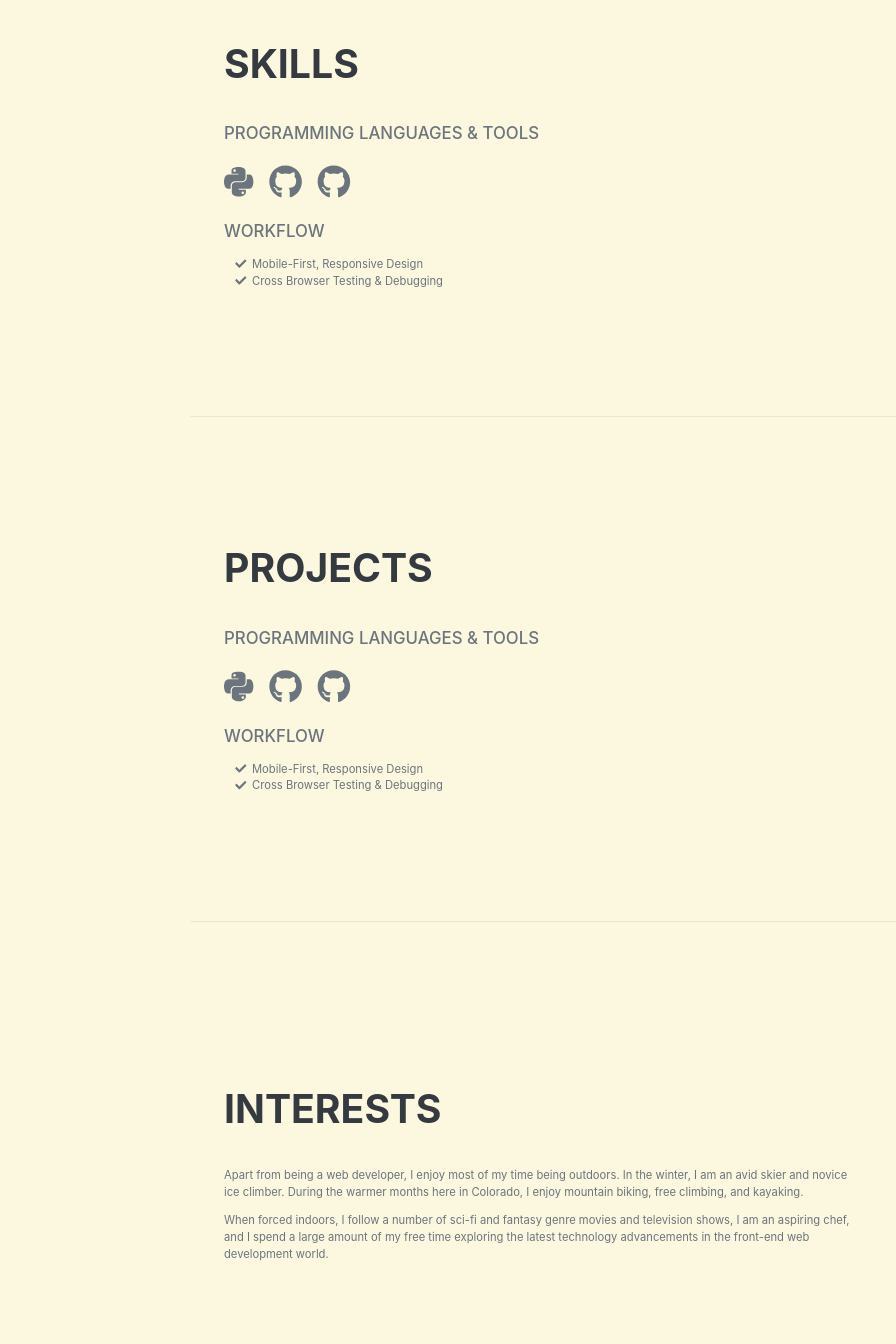
Repository: nguyenlcc/Online-CV
Page: index.html
An editor plug-in stored every save of this project. The page is shown before and after the next save, followed by the edit.
The browser window is 1280 px wide. The pictures show the part of the page from y = 2594 to 4514 px (the page is 5352 px tall), at 70% of full size.
Some web fonts or font styles are not loaded; a fallback is used. Some web libraries are served in a nearby version.

Above is the page before, as saved 2022-05-23 01:41:12.

### index.html
<!DOCTYPE html>
<html lang="en">
  <head>
    <meta charset="utf-8" />
    <meta
      name="viewport"
      content="width=device-width, initial-scale=1, shrink-to-fit=no"
    />
    <meta name="description" content="" />
    <meta name="author" content="" />
    <title>Le Cong Nguyen</title>
    <link rel="icon" type="image/x-icon" href="assets/img/favicon.ico" />
    <!-- Font Awesome icons (free version)-->
    <script
      src="https://use.fontawesome.com/releases/v5.13.0/js/all.js"
      crossorigin="anonymous"
    ></script>
    <!-- Google fonts-->
    <link
      href="https://fonts.googleapis.com/css?family=Saira+Extra+Condensed:500,700"
      rel="stylesheet"
      type="text/css"
    />
    <link
      href="https://fonts.googleapis.com/css?family=Muli:400,400i,800,800i"
      rel="stylesheet"
      type="text/css"
    />
    <!-- Core theme CSS (includes Bootstrap)-->
    <link href="css/styles.css" rel="stylesheet" />
  </head>
  <body id="page-top">
    <!-- Navigation-->
    <nav
      class="navbar navbar-expand-lg navbar-dark bg-primary fixed-top"
      id="sideNav"
    >
      <a class="navbar-brand js-scroll-trigger" href="#page-top">
        <span class="d-block d-lg-none">LE CONG NGUYEN</span>
        <span class="d-none d-lg-block"
          ><img
            class="img-fluid img-profile rounded-circle mx-auto mb-2"
            src="assets/img/profile.jpg"
            alt=""
        /></span>
      </a>
      <button
        class="navbar-toggler"
        type="button"
        data-toggle="collapse"
        data-target="#navbarSupportedContent"
        aria-controls="navbarSupportedContent"
        aria-expanded="false"
        aria-label="Toggle navigation"
      >
        <span class="navbar-toggler-icon"></span>
      </button>
      <div class="collapse navbar-collapse" id="navbarSupportedContent">
        <ul class="navbar-nav">
          <li class="nav-item">
            <a class="nav-link js-scroll-trigger" href="#about">About</a>
          </li>
          <li class="nav-item">
            <a class="nav-link js-scroll-trigger" href="#experience"
              >Experience</a
            >
          </li>
          <li class="nav-item">
            <a class="nav-link js-scroll-trigger" href="#education"
              >Education</a
            >
          </li>
          <li class="nav-item">
            <a class="nav-link js-scroll-trigger" href="#skills">Skills</a>
          </li>
          <li class="nav-item">
            <a class="nav-link js-scroll-trigger" href="#projects">Projects</a>
          </li>
          <li class="nav-item">
            <a class="nav-link js-scroll-trigger" href="#interests"
              >Interests</a
            >
          </li>
          <li class="nav-item">
            <a class="nav-link js-scroll-trigger" href="#awards">Awards</a>
          </li>
        </ul>
      </div>
    </nav>
    <!-- Page Content-->
    <div class="container-fluid p-0">
      <!-- About-->
      <section class="resume-section" id="about">
        <div class="resume-section-content">
          <h1 class="mb-0">
            LE CONG
            <span class="text-primary">NGUYEN</span>
          </h1>
          <div class="subheading mb-5">
            <i class="fas fa-address-card"></i>
            THINH LIET, HOANG MAI, HA NOI · 0904532091 ·
            <a href="mailto:name@email.com">nguyen.lc41@gmail.com</a>
          </div>
          <p class="lead mb-5">
            I am experienced in leveraging agile frameworks to provide a robust
            synopsis for high level overviews. Iterative approaches to corporate
            strategy foster collaborative thinking to further the overall value
            proposition.
          </p>
          <div class="social-icons">
            <a class="social-icon" href="https://github.com/nguyenlecong"
              ><i class="fab fa-github"></i
            ></a>
            <a
              class="social-icon"
              href="https://www.linkedin.com/in/nguy%C3%AAn-l%C3%AA-c%C3%B4ng-0b1731233/"
            >
              <i class="fab fa-linkedin-in"></i>
            </a>
            <a class="social-icon" href="https://www.facebook.com/nguyenlc5139/"
              ><i class="fab fa-facebook-f"></i
            ></a>
          </div>
        </div>
      </section>
      <hr class="m-0" />
      <!-- Experience-->
      <section class="resume-section" id="experience">
        <div class="resume-section-content">
          <h2 class="mb-5">Experience</h2>
          <div
            class="d-flex flex-column flex-md-row justify-content-between mb-5"
          >
            <div class="flex-grow-1">
              <h3 class="mb-0">Computer Vision Intern</h3>
              <div class="subheading mb-3">Arrow Technologies Vietnam</div>
              <p>
                Bring to the table win-win survival strategies to ensure
                proactive domination. At the end of the day, going forward, a
                new normal that has evolved from generation X is on the runway
                heading towards a streamlined cloud solution. User generated
                content in real-time will have multiple touchpoints for
                offshoring.
              </p>
            </div>
            <div class="flex-shrink-0">
              <span class="text-primary">September 2020 - December 2020</span>
            </div>
          </div>
          <div
            class="d-flex flex-column flex-md-row justify-content-between mb-5"
          >
            <div class="flex-grow-1">
              <h3 class="mb-0">AI Engineer Intern</h3>
              <div class="subheading mb-3">IBM Vietnam</div>
              <p>
                Capitalize on low hanging fruit to identify a ballpark value
                added activity to beta test. Override the digital divide with
                additional clickthroughs from DevOps. Nanotechnology immersion
                along the information highway will close the loop on focusing
                solely on the bottom line.
              </p>
            </div>
            <div class="flex-shrink-0">
              <span class="text-primary">June 2021 - September 2021</span>
            </div>
          </div>
          <div
            class="d-flex flex-column flex-md-row justify-content-between mb-5"
          >
            <div class="flex-grow-1">
              <h3 class="mb-0">Computer Vision Collaborator</h3>
              <div class="subheading mb-3">ThinkLABs JSC</div>
              <p>
                Podcasting operational change management inside of workflows to
                establish a framework. Taking seamless key performance
                indicators offline to maximise the long tail. Keeping your eye
                on the ball while performing a deep dive on the start-up
                mentality to derive convergence on cross-platform integration.
              </p>
            </div>
            <div class="flex-shrink-0">
              <span class="text-primary">December 2021 - June 2022</span>
            </div>
          </div>
        </div>
      </section>
      <hr class="m-0" />
      <!-- Education-->
      <section class="resume-section" id="education">
        <div class="resume-section-content">
          <h2 class="mb-5">Education</h2>
          <div
            class="d-flex flex-column flex-md-row justify-content-between mb-5"
          >
            <div class="flex-grow-1">
              <h3 class="mb-0">HANOI UNIVERSITY OF SCIENCE AND TECHNOLOGY</h3>
              <div class="subheading mb-3">
                SCHOOL OF INFORMATION AND COMMUNICATION TECHNOLOGY
              </div>
              <div>Computer Science</div>
              <p>GPA: 3.16</p>
            </div>
            <div class="flex-shrink-0">
              <span class="text-primary">August 2017 - Now</span>
            </div>
          </div>
        </div>
      </section>
      <hr class="m-0" />
      <!-- Skills-->
      <section class="resume-section" id="skills">
        <div class="resume-section-content">
          <h2 class="mb-5">Skills</h2>
          <div class="subheading mb-3">Programming Languages & Tools</div>
          <ul class="list-inline dev-icons">
            <li class="list-inline-item"><i class="fab fa-python"></i></li>
            <li class="list-inline-item"><i class="fab fa-github"></i></li>
            <li class="list-inline-item"><i class="fab fa-github"></i></li>
          </ul>
          <div class="subheading mb-3">Workflow</div>
          <ul class="fa-ul mb-0">
            <li>
              <span class="fa-li"><i class="fas fa-check"></i></span>
              Mobile-First, Responsive Design
            </li>
            <li>
              <span class="fa-li"><i class="fas fa-check"></i></span>
              Cross Browser Testing & Debugging
            </li>
          </ul>
        </div>
      </section>
      <hr class="m-0" />
      <!-- Projects-->
      <section class="resume-section" id="projects">
        <div class="resume-section-content">
          <h2 class="mb-5">Projects</h2>
          <div class="subheading mb-3">Programming Languages & Tools</div>
          <ul class="list-inline dev-icons">
            <li class="list-inline-item"><i class="fab fa-python"></i></li>
            <li class="list-inline-item"><i class="fab fa-github"></i></li>
            <li class="list-inline-item"><i class="fab fa-github"></i></li>
          </ul>
          <div class="subheading mb-3">Workflow</div>
          <ul class="fa-ul mb-0">
            <li>
              <span class="fa-li"><i class="fas fa-check"></i></span>
              Mobile-First, Responsive Design
            </li>
            <li>
              <span class="fa-li"><i class="fas fa-check"></i></span>
              Cross Browser Testing & Debugging
            </li>
          </ul>
        </div>
      </section>
      <hr class="m-0" />
      <!-- Interests-->
      <section class="resume-section" id="interests">
        <div class="resume-section-content">
          <h2 class="mb-5">Interests</h2>
          <p>
            Apart from being a web developer, I enjoy most of my time being
            outdoors. In the winter, I am an avid skier and novice ice climber.
            During the warmer months here in Colorado, I enjoy mountain biking,
            free climbing, and kayaking.
          </p>
          <p class="mb-0">
            When forced indoors, I follow a number of sci-fi and fantasy genre
            movies and television shows, I am an aspiring chef, and I spend a
            large amount of my free time exploring the latest technology
            advancements in the front-end web development world.
          </p>
        </div>
      </section>
      <hr class="m-0" />
      <!-- Awards-->
      <section class="resume-section" id="awards">
        <div class="resume-section-content">
          <h2 class="mb-5">Awards & Certifications</h2>
          <ul class="fa-ul mb-0">
            <li>
              <span class="fa-li"
                ><i class="fas fa-trophy text-warning"></i
              ></span>
              Silver Medal for Excellence in Mathematics on Casio Calculator in
              12th Grade
            </li>
            <li>
              <span class="fa-li"
                ><i class="fas fa-trophy text-warning"></i
              ></span>
              Consolation Prize in the Provincial Examination for Excellent
              Students in Mathematics in 12th Grade
            </li>
            <li>
              <span class="fa-li"
                ><i class="fas fa-trophy text-warning"></i
              ></span>
              Level B of Scholarships for the Term 2 of the School Year
              2020-2021, Hanoi University of Science and Technology
            </li>
            <li>
              <span class="fa-li"
                ><i class="fas fa-trophy text-warning"></i
              ></span>
              Level A of Scholarships for the Term 1 of the School Year
              2021-2022, Hanoi University of Science and Technology
            </li>
          </ul>
        </div>
      </section>
    </div>
    <!-- Bootstrap core JS-->
    <script src="https://cdnjs.cloudflare.com/ajax/libs/jquery/3.5.1/jquery.min.js"></script>
    <script src="https://stackpath.bootstrapcdn.com/bootstrap/4.5.0/js/bootstrap.bundle.min.js"></script>
    <!-- Third party plugin JS-->
    <script src="https://cdnjs.cloudflare.com/ajax/libs/jquery-easing/1.4.1/jquery.easing.min.js"></script>
    <!-- Core theme JS-->
    <script src="js/scripts.js"></script>
  </body>
</html>

### js/scripts.js
/*!
    * Start Bootstrap - Resume v6.0.1 (https://startbootstrap.com/template-overviews/resume)
    * Copyright 2013-2020 Start Bootstrap
    * Licensed under MIT (https://github.com/StartBootstrap/startbootstrap-resume/blob/master/LICENSE)
    */
    (function ($) {
    "use strict"; // Start of use strict

    // Smooth scrolling using jQuery easing
    $('a.js-scroll-trigger[href*="#"]:not([href="#"])').click(function () {
        if (
            location.pathname.replace(/^\//, "") ==
                this.pathname.replace(/^\//, "") &&
            location.hostname == this.hostname
        ) {
            var target = $(this.hash);
            target = target.length
                ? target
                : $("[name=" + this.hash.slice(1) + "]");
            if (target.length) {
                $("html, body").animate(
                    {
                        scrollTop: target.offset().top,
                    },
                    1000,
                    "easeInOutExpo"
                );
                return false;
            }
        }
    });

    // Closes responsive menu when a scroll trigger link is clicked
    $(".js-scroll-trigger").click(function () {
        $(".navbar-collapse").collapse("hide");
    });

    // Activate scrollspy to add active class to navbar items on scroll
    $("body").scrollspy({
        target: "#sideNav",
    });
})(jQuery); // End of use strict

Loaded but not shown: css/styles.css (library)

After the next save:
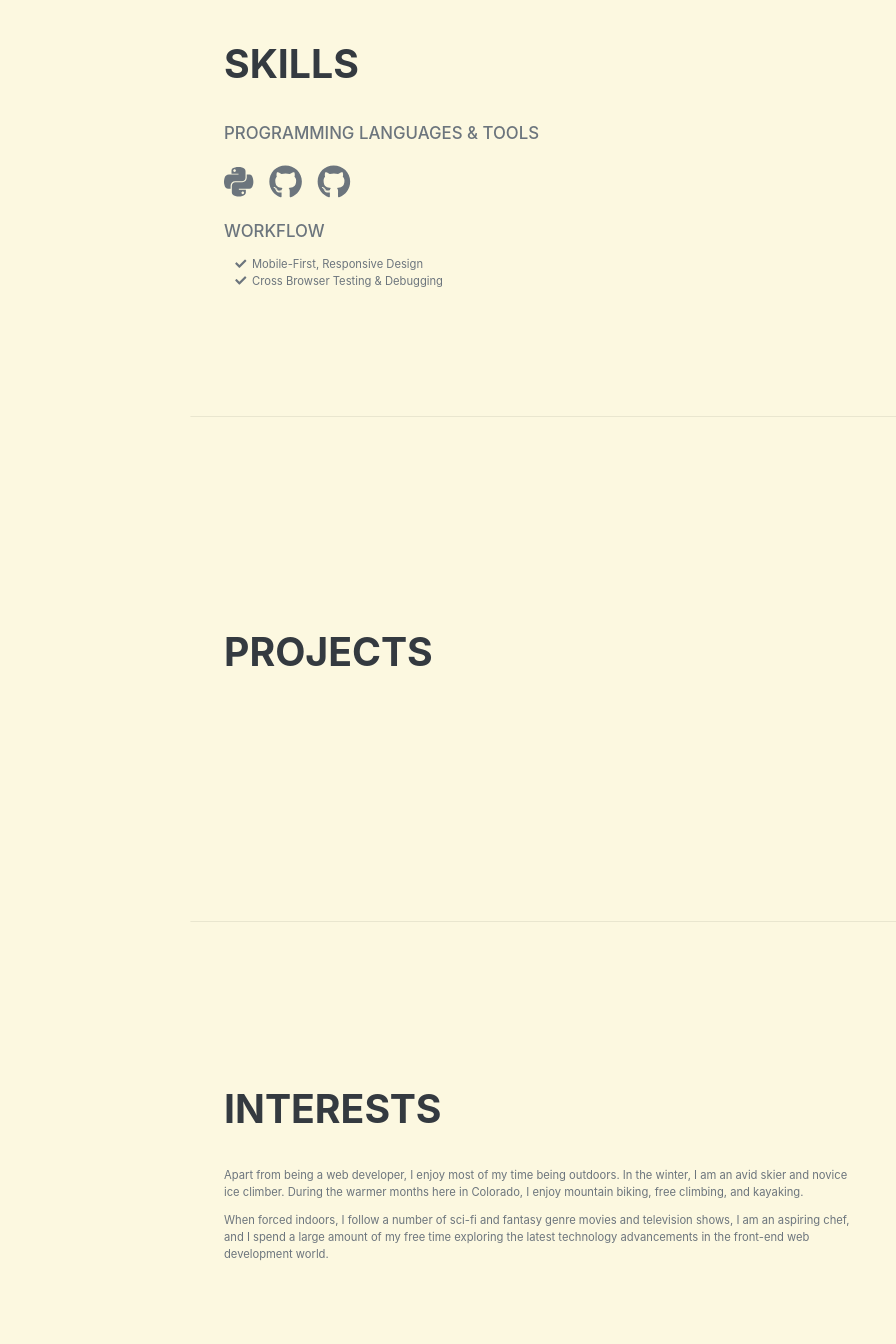
Saved 2 min 6 s later.
--- a/index.html
+++ b/index.html
@@ -236,7 +236,7 @@
       <section class="resume-section" id="projects">
         <div class="resume-section-content">
           <h2 class="mb-5">Projects</h2>
-          <div class="subheading mb-3">Programming Languages & Tools</div>
+          <!-- <div class="subheading mb-3">Programming Languages & Tools</div>
           <ul class="list-inline dev-icons">
             <li class="list-inline-item"><i class="fab fa-python"></i></li>
             <li class="list-inline-item"><i class="fab fa-github"></i></li>
@@ -253,7 +253,7 @@
               Cross Browser Testing & Debugging
             </li>
           </ul>
-        </div>
+        </div> -->
       </section>
       <hr class="m-0" />
       <!-- Interests-->
